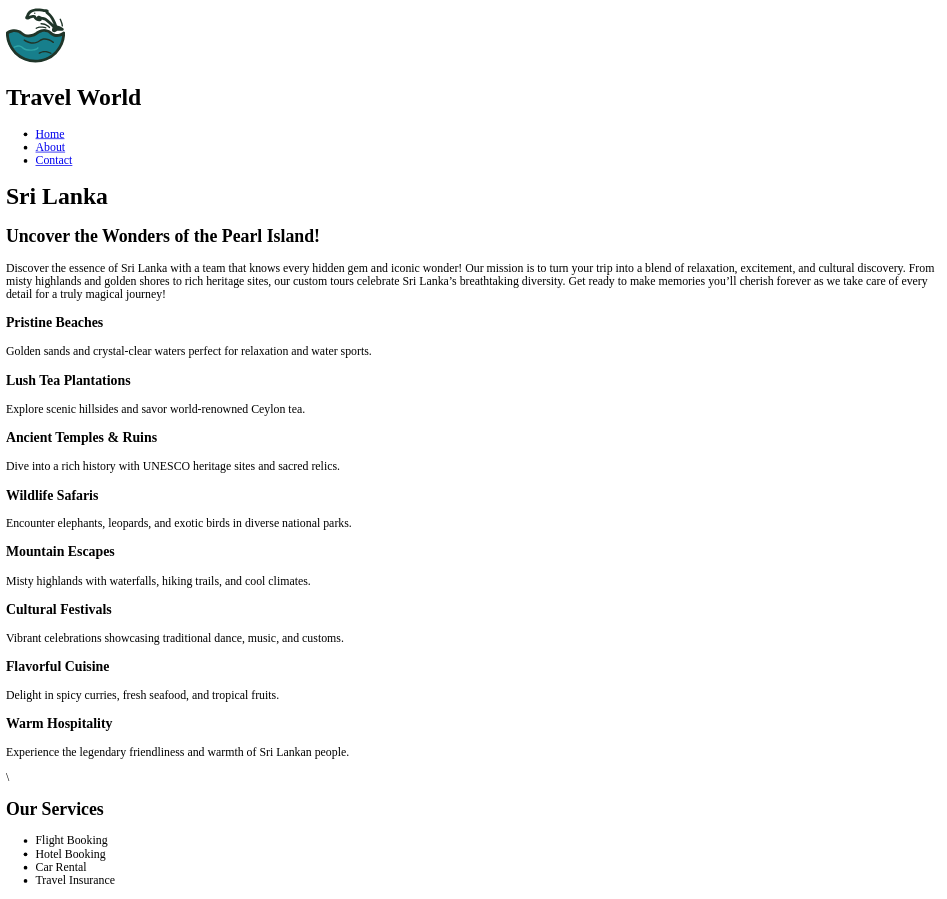
Repository: Haakim19/TravelWorld
Page: html/index.html
An editor plug-in stored every save of this project. The page is shown before and after the next save, followed by the edit.
The browser window is 1280 px wide. The pictures show the whole page, at 74% of full size.

Above is the page before, as saved 2024-10-29 20:50:57.

### html/index.html
<!DOCTYPE html>
<html lang="en">
<head>
    <meta charset="UTF-8">
    <meta name="viewport" content="width=device-width, initial-scale=1.0">
    <title>Travel World</title>
</head>
<body>
    <div class="nav-bar">
        <div id="hedding">
            <img src="../assets/logo2.svg" alt="logo">
            <h1>Travel World</h1>
        </div>
        <div id="pages">
            <ul>
                <li><a href="#">Home</a></li>
                <li><a href="#">About</a></li>
                <li><a href="#">Contact</a></li>
            </ul>
        </div>
    </div>
    <div class="main-content">
        <div class="content">
            <h1>Sri Lanka</h1>
            <h2>Uncover the Wonders of the Pearl Island!</h2>
            <p>Discover the essence of Sri Lanka with a team that knows every hidden gem and iconic wonder! Our mission is to turn your trip into a blend of relaxation, excitement, and cultural discovery. From misty highlands and golden shores to rich heritage sites, our custom tours celebrate Sri Lanka’s breathtaking diversity. Get ready to make memories you’ll cherish forever as we take care of every detail for a truly magical journey!</p>
        </div>
        <div class="exampls-card">
            <div id="card1">
                <h3><B>Pristine Beaches</B></h3>
                <p> Golden sands and crystal-clear waters perfect for relaxation and water sports.</p>
            </div>
            <div id="card2">
                <h3><B>Lush Tea Plantations</B></h3>
                <p> Explore scenic hillsides and savor world-renowned Ceylon tea.</p>
            </div>
            <div id="card3">
                <h3><B>Ancient Temples & Ruins</B></h3>
                <p> Dive into a rich history with UNESCO heritage sites and sacred relics.</p>
            </div>
            <div id="card4">
                <h3><B>Wildlife Safaris</B></h3>
                <p> Encounter elephants, leopards, and exotic birds in diverse national parks.</p>
            </div>
            <div id="card5">
                <h3><B>Mountain Escapes</B></h3>
                <p> Misty highlands with waterfalls, hiking trails, and cool climates.</p>
            </div>
            <div id="card6">
                <h3><B>Cultural Festivals</B></h3>
                <p> Vibrant celebrations showcasing traditional dance, music, and customs.</p>
            </div>
            <div id="card7">
                <h3><B>Flavorful Cuisine</B></h3>
                <p> Delight in spicy curries, fresh seafood, and tropical fruits.</p>
            </div>
            <div id="card8">
                <h3><B>Warm Hospitality</B></h3>
                <p>Experience the legendary friendliness and warmth of Sri Lankan people.</p>\
            </div>

        </div>
        <div class="content">
            <h2>Our Services</h2>
            <ul>
                <li>Flight Booking</li>
                <li>Hotel Booking</li>
                <li>Car Rental</li>
                <li>Travel Insurance</li>
            </ul>
        </div>
    </div>
    <div class="footer"></div>
</body>
</html>

### assets/logo2.svg
<!DOCTYPE svg PUBLIC "-//W3C//DTD SVG 1.1//EN" "http://www.w3.org/Graphics/SVG/1.1/DTD/svg11.dtd">

<!-- Uploaded to: SVG Repo, www.svgrepo.com, Transformed by: SVG Repo Mixer Tools -->
<svg width="80px" height="80px" viewBox="0 -48.5 1121 1121" class="icon" version="1.1" xmlns="http://www.w3.org/2000/svg" fill="#000000">

<g id="SVGRepo_bgCarrier" stroke-width="0"/>

<g id="SVGRepo_tracerCarrier" stroke-linecap="round" stroke-linejoin="round"/>

<g id="SVGRepo_iconCarrier">

<path d="M1079.821076 473.959607c0 294.669468-238.875358 533.544826-533.544826 533.544825S12.718578 768.629074 12.718578 473.959607c0 0 140.416675-102.711008 275.386262 9.750801s285.201298-7.965081 285.201299-7.965081 132.001952-111.177119 262.654979 0c122.944884 104.650891 243.859957-1.78572 243.859958-1.78572z" fill="#177f8c"/>

<path d="M560.523468 1023.999859A560.125073 560.125073 0 0 1 0.000141 463.476532a26.978501 26.978501 0 0 1 11.048339-21.775505c1.61871-1.181915 40.300742-29.149628 97.122604-41.855217 53.327504-11.921928 133.312337-12.474345 211.460062 52.672312 48.625537 40.519139 105.241849 51.631713 168.29446 33.04224 47.327999-13.951739 80.395934-39.491387 82.605601-41.238566 4.303713-3.545746 40.01811-32.117263 92.009536-46.698501 51.387621-14.465615 128.571829-17.985667 205.126538 47.109602 43.114214 36.690762 90.62207 47.970345 141.200336 33.54327a196.185091 196.185091 0 0 0 67.4591-35.084899 26.978501 26.978501 0 0 1 44.732925 20.310958 560.125073 560.125073 0 0 1-560.536174 560.497633zM54.162694 478.211932c7.823765 272.53425 231.963723 491.830924 506.360774 491.830924 262.205338 0 478.52153-200.244713 504.048331-455.846742a242.806511 242.806511 0 0 1-38.656338 15.274971c-47.996038 14.234371-120.491125 18.216912-193.230303-43.679478-46.415869-39.504234-98.163204-51.862957-153.790304-36.754997a217.588036 217.588036 0 0 0-74.062409 36.896312l-0.436795 0.359714c-1.708638 1.361772-42.394788 33.633198-101.220767 50.97652-80.254618 23.664-155.665952 8.671661-218.101912-43.332611-49.203647-40.994475-104.766513-54.946214-165.146968-41.444117a240.327058 240.327058 0 0 0-65.763309 25.719504z" fill="#203529"/>

<path d="M913.183866 447.713379a46.647113 46.647113 0 0 1-11.562214-1.400313 39.465693 39.465693 0 0 1-25.860821-20.644976c-6.089433-11.857694-4.868977-26.593094 4.48357-54.162553 1.284691-3.854072 2.646462-7.566827 3.854072-10.996951-124.614982-128.096493-155.21631-135.689014-193.654251-145.170031-4.547804-1.130528-9.288313-2.299596-14.3243-3.661368a26.978501 26.978501 0 0 1-19.681459 25.693811 111.100037 111.100037 0 0 1-30.087452 4.252326c-27.569459 0-53.815686-10.881329-76.002292-31.911713A160.419307 160.419307 0 0 1 524.153879 176.926308c-9.904964-0.552417-33.401954 1.284691-77.453992 20.413733-11.022645 4.791896-29.201016 12.705589-46.043309 12.705589-11.202501 0-21.839739-3.494358-29.329485-13.746188-15.262124-20.79914 0.578111-45.259647 5.793954-53.301811 3.301655-5.138762 6.783166-9.750801 9.46817-13.155231 9.917811-41.367035 32.849537-73.56138 68.268455-95.747985C546.224862-23.112855 692.949368 7.437086 721.700742 14.207405c42.073615-3.648521 66.803908 1.361772 79.740742 16.071479A32.952312 32.952312 0 0 1 809.355177 59.10734a26.978501 26.978501 0 0 1-2.710697 7.091491c89.144676 61.459595 146.454721 209.700036 163.155698 257.541912 74.704755 18.563778 113.733653 49.768911 115.467985 51.169224a26.978501 26.978501 0 0 1-16.816599 47.918956l-87.55166 0.629499a26.862879 26.862879 0 0 1-5.793954-0.590958q-0.719427 0.578111-1.477394 1.104834a187.012401 187.012401 0 0 1-21.839739 12.846905c-14.645472 7.297042-27.389602 10.894176-38.604951 10.894176z m138.168467-30.832573zM620.390047 138.629684a53.224729 53.224729 0 0 1 9.13415 0.835048c8.119244 1.41316 18.062749 4.624886 31.295061 10.097668 16.700977 6.937329 29.958983 10.21329 42.703113 13.373629 22.906032 5.678332 46.595726 11.562215 82.220194 35.971334 30.318697 20.876221 68.576781 54.792051 119.013732 105.575869C880.835359 245.387467 834.971907 150.320367 774.668533 109.736994l-0.950671-0.66804c-18.165524-13.399322-27.749316-27.505224-28.597211-42.060768-5.871036 0-13.360782 0.398254-22.816104 1.284691a26.978501 26.978501 0 0 1-9.416782-0.732274c-1.464547-0.37256-149.782069-37.718514-229.471423 12.294489-23.12443 14.504156-37.628586 34.866501-44.270436 62.166175C515.417983 111.779651 547.278309 124.4467 557.645761 131.666661a26.002136 26.002136 0 0 1 9.13415 10.868482 106.822018 106.822018 0 0 0 20.722058 27.98056 29.676351 29.676351 0 0 1 4.740508-17.330476c3.635674-5.806801 11.832-14.555544 28.14757-14.555543z m177.210212-80.280312z" fill="#203529"/>

<path d="M546.263403 90.505176m-13.142384 0a13.142384 13.142384 0 1 0 26.284768 0 13.142384 13.142384 0 1 0-26.284768 0Z" fill="#203529"/>

<path d="M824.514526 373.31695a13.45071 13.45071 0 0 1-9.956352-4.380794c-0.693733-0.757967-62.551582-66.996611-148.03489-64.76125a13.489251 13.489251 0 1 1-0.70658-26.978501c98.111816-2.569381 165.827854 70.426735 168.66702 73.535686a13.489251 13.489251 0 0 1-9.969198 22.572012zM575.5415 388.412064a13.489251 13.489251 0 0 1-8.106397-24.280651c64.774097-48.574149 185.779098-12.422957 190.892166-10.868482a13.489251 13.489251 0 0 1-7.875152 25.809433c-1.117681-0.346866-113.052767-33.71028-166.84276 6.64185a13.425016 13.425016 0 0 1-8.067857 2.69785zM1068.258861 343.383661h-0.372561A13.489251 13.489251 0 0 1 1054.731069 329.52185c0.87359-32.117263-27.505224-96.583034-38.540716-118.705405a13.489251 13.489251 0 1 1 24.152182-12.011857c1.734332 3.494358 42.561797 86.074266 41.328495 131.449536a13.489251 13.489251 0 0 1-13.412169 13.129537zM515.674922 667.883643a270.491592 270.491592 0 0 1-75.167244-11.228195c-58.363491-16.880834-99.743373-46.65996-101.490552-47.918957a13.489251 13.489251 0 0 1 15.853081-21.839739 336.396216 336.396216 0 0 0 93.859491 44.039191c70.568051 20.221029 131.757861 10.110514 181.860792-30.036065 50.912286-40.788924 115.223894-48.355752 186.010342-21.839739a338.644425 338.644425 0 0 1 90.609223 51.618866A13.489251 13.489251 0 1 1 889.853886 651.349676a316.766145 316.766145 0 0 0-83.350721-47.238071c-61.986318-23.060195-115.493679-16.996456-159.018995 17.857198-38.039687 30.472859-82.746917 45.91484-131.809248 45.91484z" fill="#203529"/>

<path d="M463.400864 802.082416c-54.046931 0-113.7465-11.934775-153.083724-46.351635-70.735061-61.883543-140.468063-13.65626-143.410005-11.562214a13.489251 13.489251 0 0 1-15.724612-21.916821 150.103242 150.103242 0 0 1 55.42155-22.379309c30.331543-5.716873 76.027986-4.188091 121.46749 35.560234 47.327999 41.405576 131.449535 44.964169 189.106446 35.36753 44.257589-7.335583 70.773601-21.71127 76.683178-31.950253a13.489251 13.489251 0 0 1 23.368521 13.476404c-16.829446 29.162475-72.48224 41.238566-95.632363 45.07979a359.931747 359.931747 0 0 1-58.196481 4.676274z" fill="#2fa5a7"/>

<path d="M849.874317 861.216721a13.425016 13.425016 0 0 1-7.130033-2.055505c-0.565264-0.346866-26.708716-16.31557-64.812637-24.524742-50.411257-10.842788-97.096911-3.674215-138.746578 21.313016a13.489251 13.489251 0 1 1-13.874657-23.12443c47.327999-28.391661 102.415529-36.806384 159.301626-24.332038 42.651726 9.352547 71.23609 27.055583 72.430852 27.800703a13.489251 13.489251 0 0 1-7.168573 24.922996z" fill="#203529"/>

</g>

</svg>

After the next save:
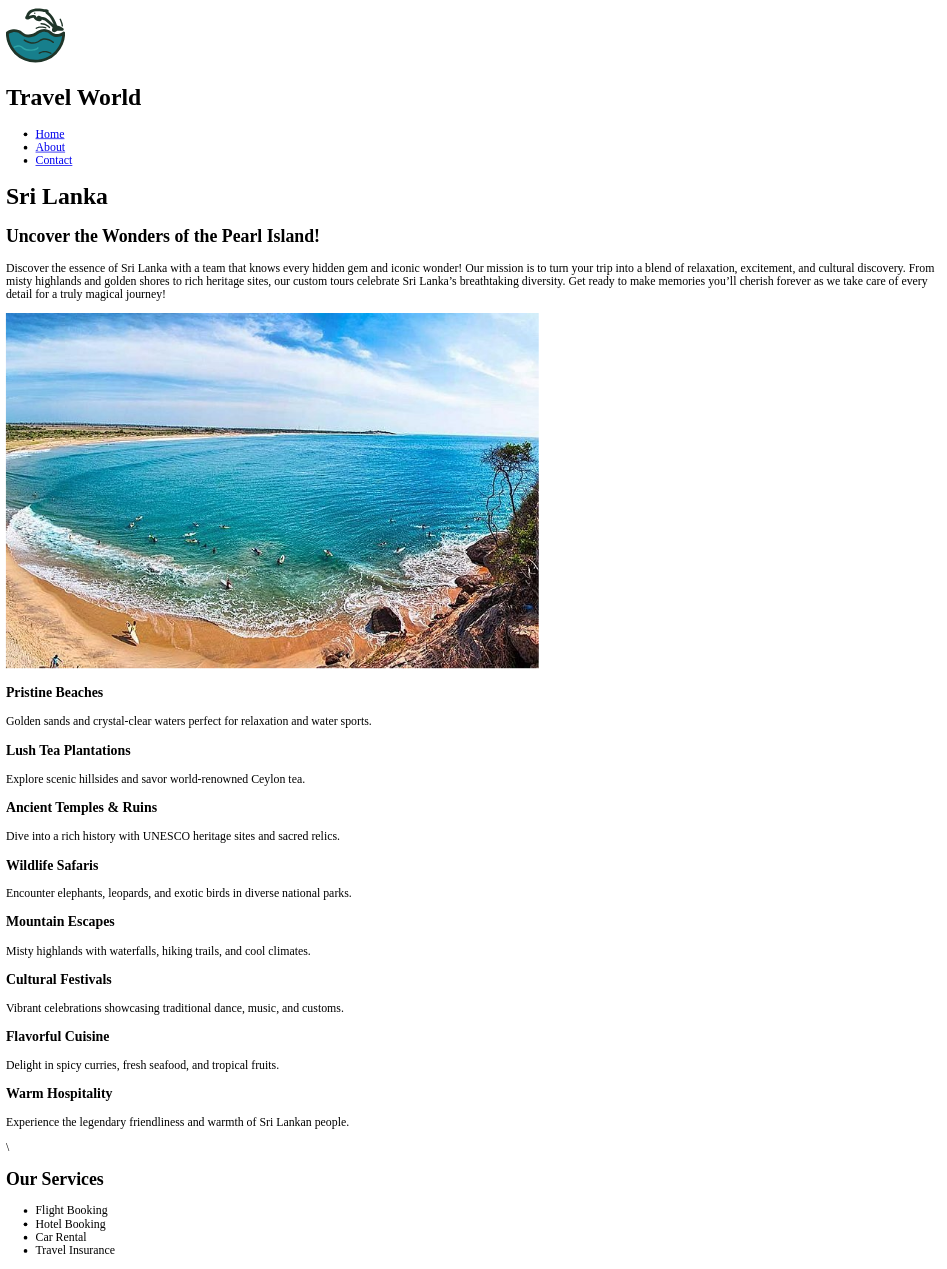
Saved 3 min 10 s later.
--- a/html/index.html
+++ b/html/index.html
@@ -25,8 +25,9 @@
             <h2>Uncover the Wonders of the Pearl Island!</h2>
             <p>Discover the essence of Sri Lanka with a team that knows every hidden gem and iconic wonder! Our mission is to turn your trip into a blend of relaxation, excitement, and cultural discovery. From misty highlands and golden shores to rich heritage sites, our custom tours celebrate Sri Lanka’s breathtaking diversity. Get ready to make memories you’ll cherish forever as we take care of every detail for a truly magical journey!</p>
         </div>
-        <div class="exampls-card">
+        <div class="hover-card">
             <div id="card1">
+                <img src="../assets/arugam bay.jpg" alt="">
                 <h3><B>Pristine Beaches</B></h3>
                 <p> Golden sands and crystal-clear waters perfect for relaxation and water sports.</p>
             </div>
